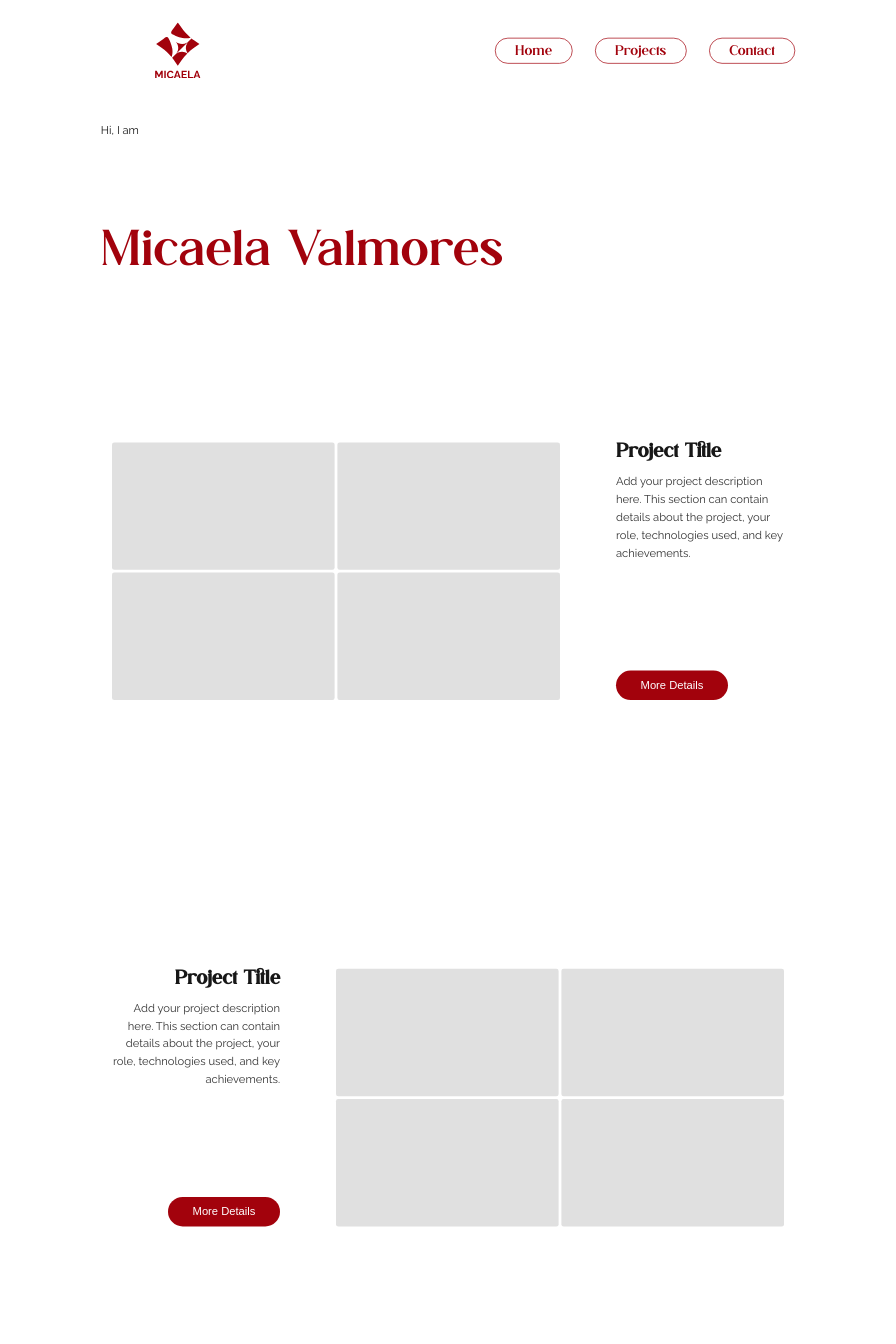
Repository: Micaelavalmores/Micaela-Portfolio
Page: /
An editor plug-in stored every save of this project. The page is shown before and after the next save, followed by the edit.
The browser window is 1280 px wide. The pictures show the part of the page from y = 0 to 1920 px (the page is 3464 px tall before and 3384 px after), at 70% of full size.
The project was rebuilt for these pictures with package versions that can differ from the ones it lists, and the page was loaded fresh each time. The framework's server and built-in components were replaced by stand-ins that run in the browser. Also part of the build but not shown: next.config.mjs.

Above is the page before, as saved 2026-01-27 12:54:08.

After the next save:
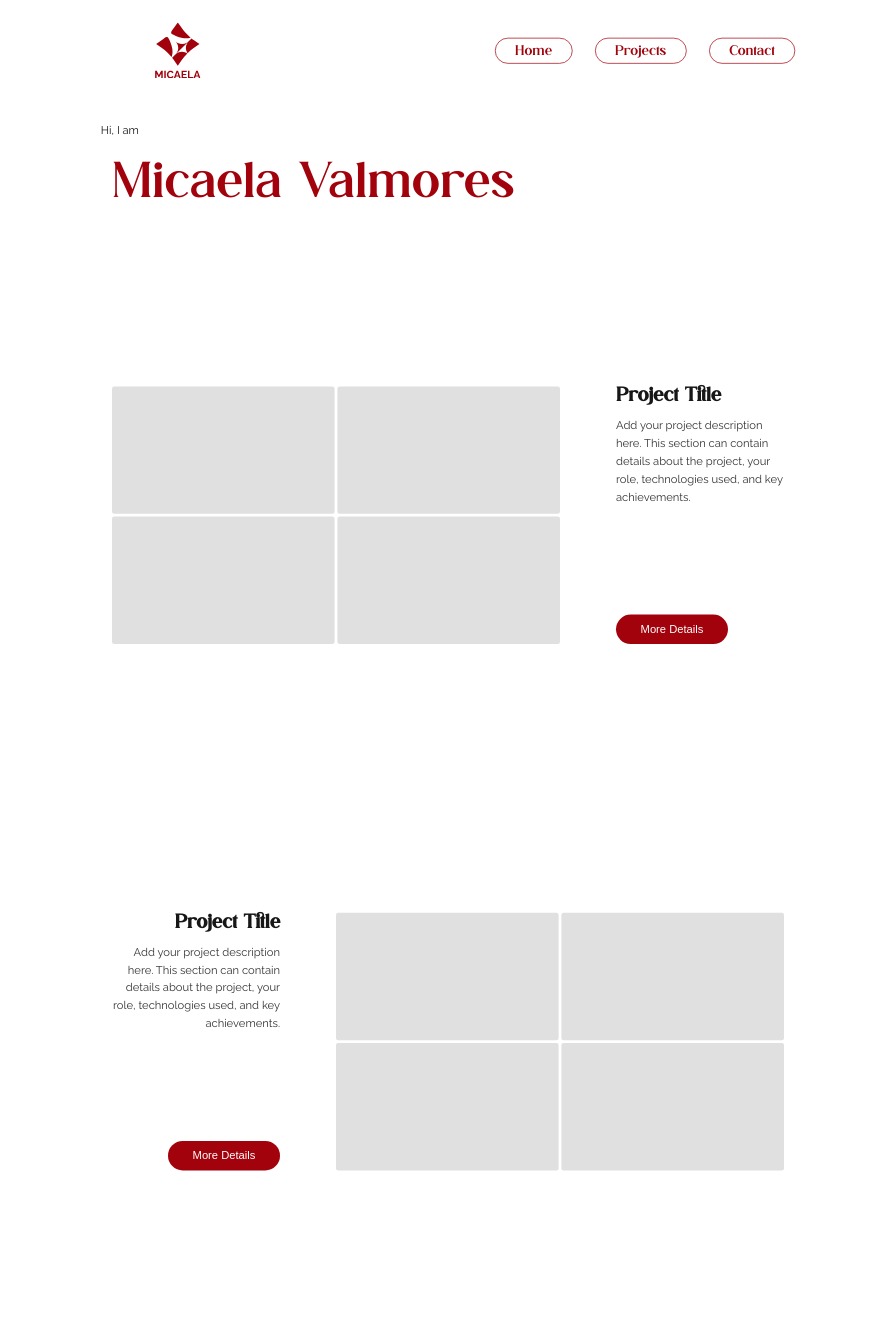
Saved 19 s later.
--- a/app/page.module.css
+++ b/app/page.module.css
@@ -36,7 +36,7 @@
   font-size: 4.5rem;
   font-weight: 500;
   margin: 0;
-  padding: 7rem 0 0;
+  padding: 1rem;
   font-family: ghaista;
   color: #A2020C;
 }
